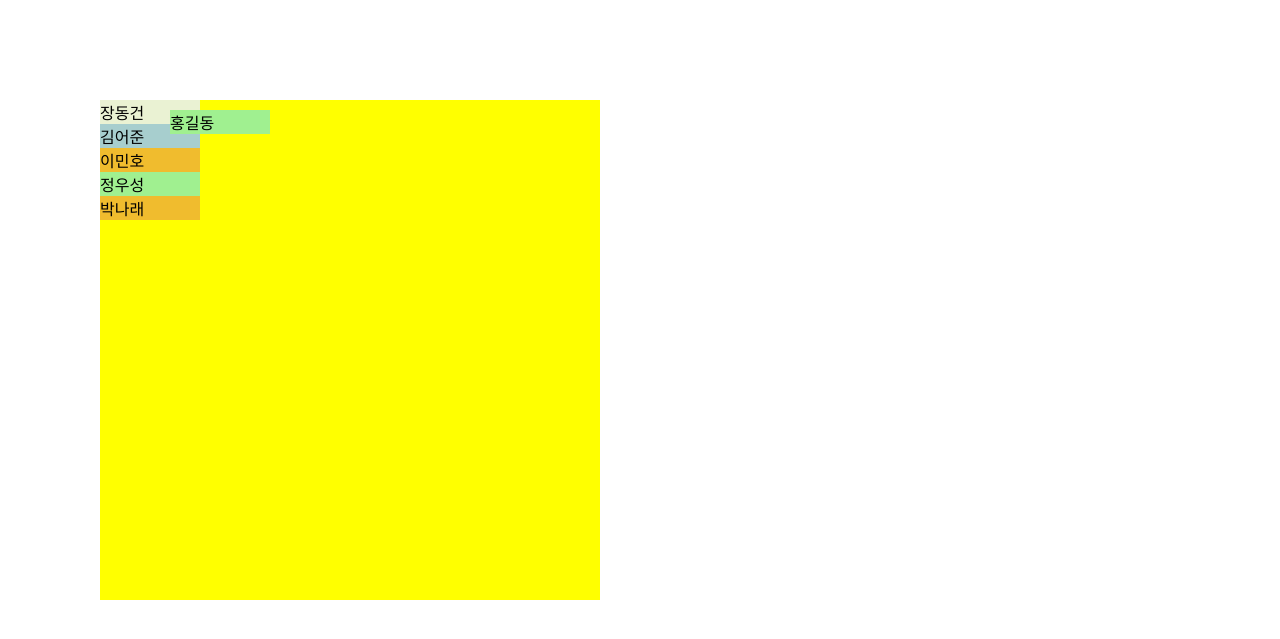
Repository: snowcuphea/webwork_class
Page: clientweb/WebContent/css/css_position_test.html
The author's editor kept a copy of each file at every save. The page is drawn from the files as they stood at one save, then again after the next save.
The browser window is 1280 px wide. The pictures show the whole page.

Above is the page before, as saved 2020-01-03 07:22:35.

After the next save:
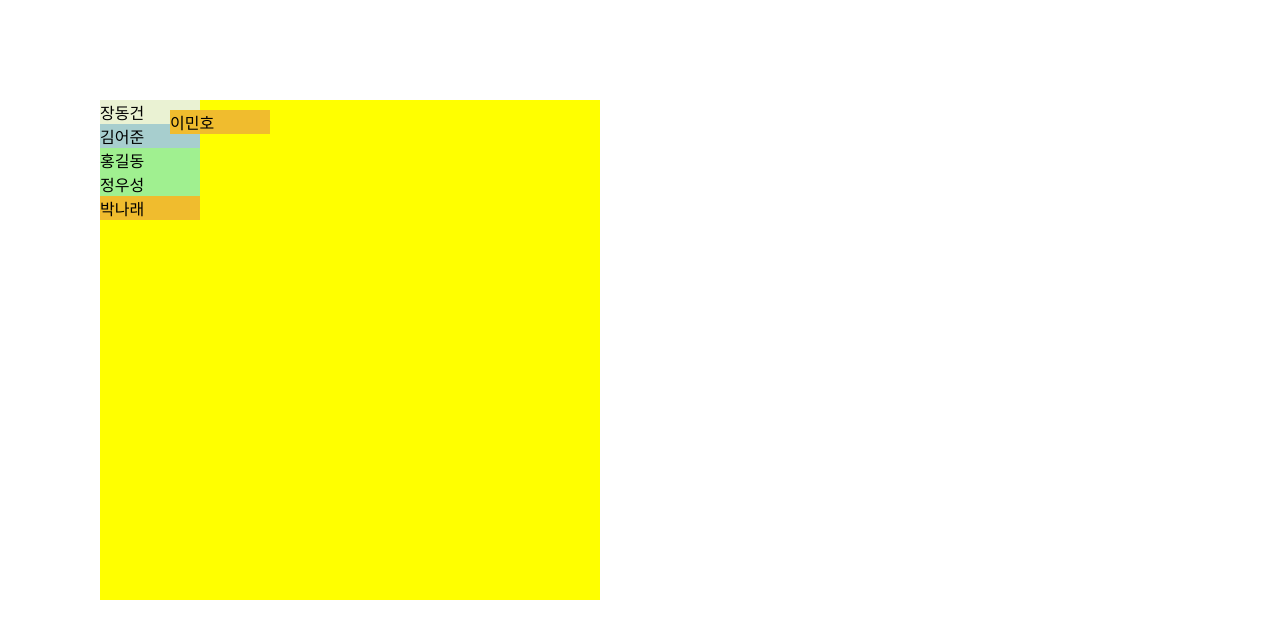
Saved 15 s later.
--- a/clientweb/WebContent/css/css_position_test.html
+++ b/clientweb/WebContent/css/css_position_test.html
@@ -33,14 +33,15 @@
 #lee {
 	background-color: #f0bc2e;
 	width: 100px;
+	position : absolute;
+	left: 70px;
+	top: 10px;
 }
 
 #hong {
 	background-color: #a0f090;
 	width: 100px;
-	position : absolute;
-	left: 70px;
-	top: 10px;
+
 }
 
 #jung {
